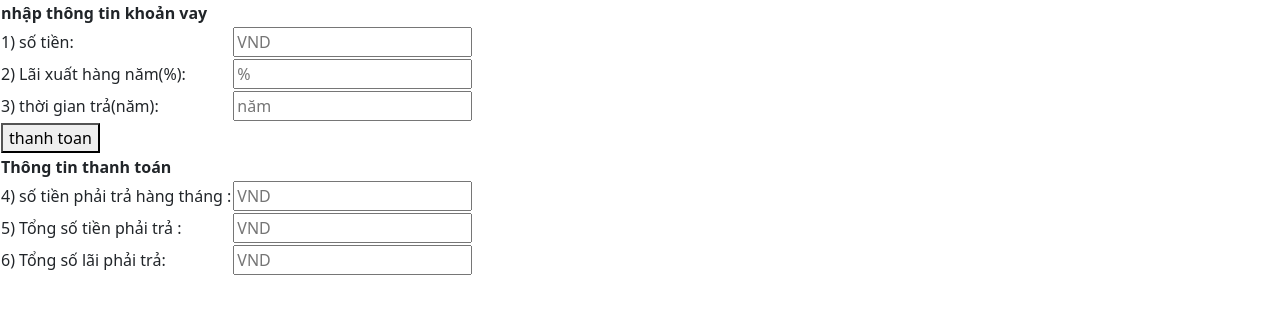
Repository: Lehuyhuynh/DOM
Page: BT2/index.html
The author's editor kept a copy of each file at every save. The page is drawn from the files as they stood at one save, then again after the next save.
The browser window is 1280 px wide. The pictures show the whole page.

Above is the page before, as saved 2023-09-07 20:36:01.

### BT2/index.html
<!DOCTYPE html>
<html lang="en">
<head>
    <meta charset="UTF-8">
    <meta name="viewport" content="width=device-width, initial-scale=1.0">
    <title>BT2</title>
    <link rel="stylesheet" href="style.css">
    <link href="https://cdn.jsdelivr.net/npm/bootstrap@5.1.3/dist/css/bootstrap.min.css" rel="stylesheet" integrity="sha384-1BmE4kWBq78iYhFldvKuhfTAU6auU8tT94WrHftjDbrCEXSU1oBoqyl2QvZ6jIW3" crossorigin="anonymous">
</head>
<body>

  <form id="form">
    <table>
      <tr>
        <th>nhập thông tin khoản vay</th>
        <th colspan="1"></th>
      </tr>
      <tr>
        <td> <label for="money">1) số tiền:</label></td>
        <td><input type="text" id="money" name="money" placeholder="VND"></td>
      </tr>
      <tr>
        <td><label for="years">2) Lãi xuất hàng năm(%):</label></td>
        <td><input type="text" id="years" name="years" placeholder="%"></td>
      </tr>
      <tr>
        <td><label  for="time">3) thời gian trả(năm):</label></td>
        <td><input type="text" id="time" name="money" placeholder="năm"></td>
      </tr>

      <tr>
        <td><button> thanh toan </button></td>
      </tr>

      <tr>
        <th>Thông tin thanh toán</th>
        <th colspan="1"></th>
      </tr>
      <tr>
        <td>
          <label for="Monthly">4) số tiền phải trả hàng tháng :</label>
        </td>
        <td><input type="text" id="Monthly" name="Monthly" placeholder="VND" ></td>
      </tr>
      <tr>
        <td><label for="amount" >5) Tổng số tiền phải trả :</label></td>
        <td><input type="text" id="amount" name="amount" placeholder="VND"></td>
      </tr>
      <tr>
        <td><label for="totalProfit">6) Tổng số lãi phải trả:</label></td>
        <td><input type="text" id="totalProfit" name="totalProfit" placeholder="VND"></td>
      </tr>


    </table>
  </form>


    <script src="script.js"></script>
    <script src="https://cdn.jsdelivr.net/npm/bootstrap@5.1.3/dist/js/bootstrap.bundle.min.js" integrity="sha384-ka7Sk0Gln4gmtz2MlQnikT1wXgYsOg+OMhuP+IlRH9sENBO0LRn5q+8nbTov4+1p" crossorigin="anonymous"></script>
</body>

Loaded but not shown: BT2/script.js (no copy from this time; the picture is the same without it); BT2/style.css (no stored copy; drawn as an empty file)

After the next save:
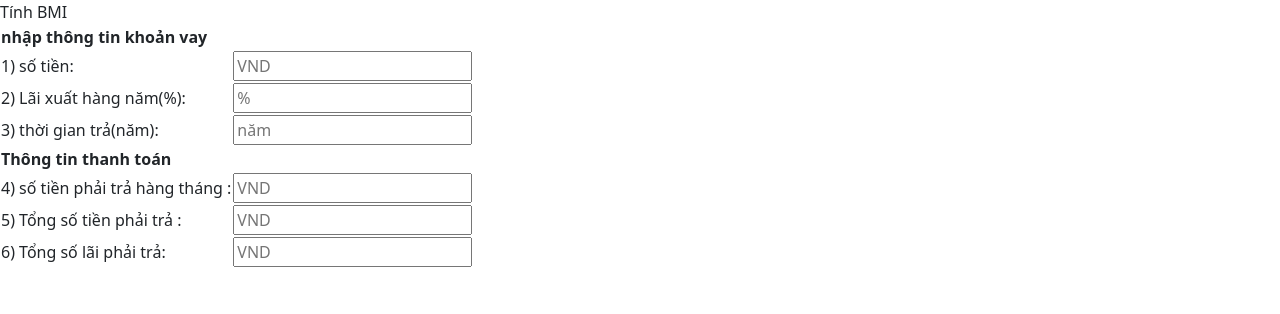
Saved 55 s later.
--- a/BT2/index.html
+++ b/BT2/index.html
@@ -29,7 +29,7 @@
       </tr>
 
       <tr>
-        <td><button> thanh toan </button></td>
+        <td<button type="submit">Tính BMI</button></td>
       </tr>
 
       <tr>
